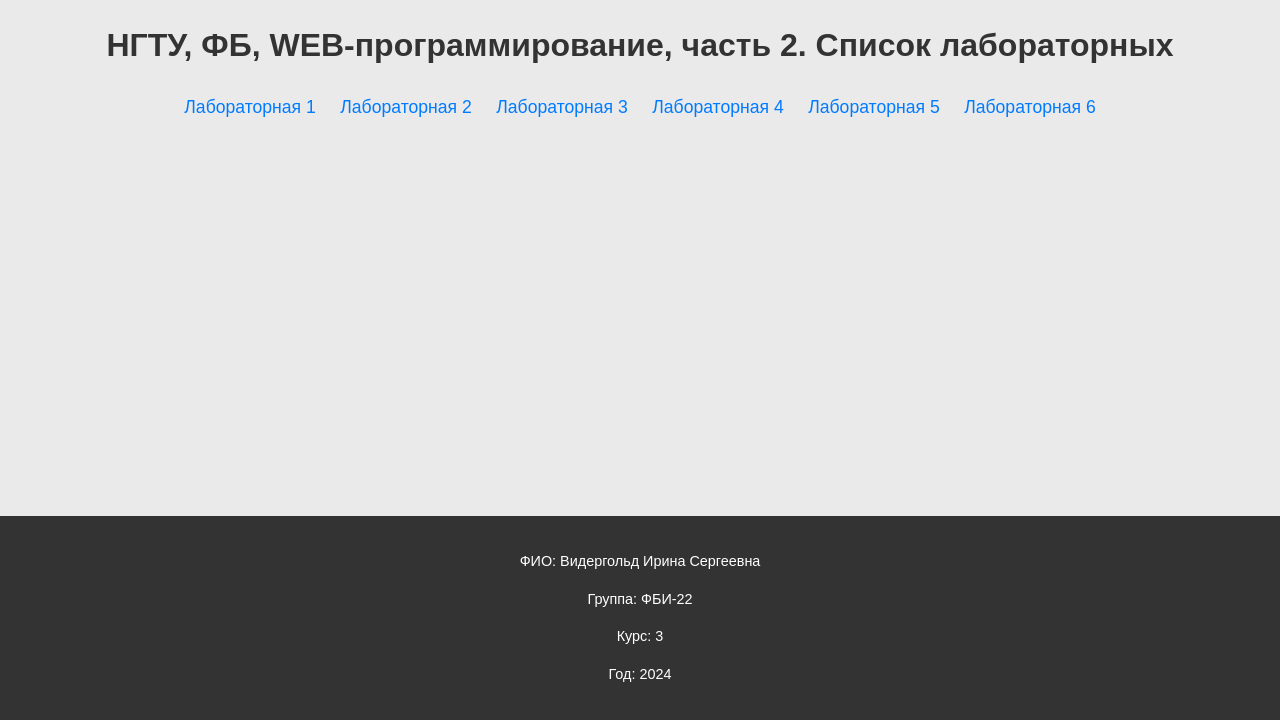
Repository: vidergooold/web-programming-labs_2-
Page: http://localhost/
The author's editor kept a copy of each file at every save. The page is drawn from the files as they stood at one save, then again after a run of saves.
The browser window is 1280 px wide. The pictures show the whole page.
The page is served by the project's application, run on Flask 3 (app.py). Other server files are loaded and not shown.

Above is the page before, as saved 2024-12-11 01:38:55.

### app.py
from flask import Flask, url_for
from dotenv import load_dotenv
import os
from lab1 import lab1
from lab2 import lab2
from lab3 import lab3
from lab4 import lab4
from lab5 import lab5
from lab6 import lab6

load_dotenv()

app = Flask(__name__)
# Чтение секретного ключа и типа базы данных из переменных окружения
app.config['SECRET_KEY'] = os.getenv('SECRET_KEY', 'секретно-секретный секрет')
app.config['DB_TYPE'] = os.getenv('DB_TYPE', 'sqlite')

app.register_blueprint(lab1, url_prefix='/lab1')
app.register_blueprint(lab2, url_prefix='/lab2')
app.register_blueprint(lab3, url_prefix='/lab3', name='lab3')
app.register_blueprint(lab4, url_prefix='/lab4')
app.register_blueprint(lab5, url_prefix='/lab5')
app.register_blueprint(lab6, url_prefix='/lab6')

# Глобальная переменная для отслеживания состояния ресурса
resource_created = False

@app.route("/")
@app.route("/index")
def index():
    css_path = url_for('static', filename='main.css')
    favicon_path = url_for('static', filename='favicon.ico')
    lab1_url = url_for('lab1.lab')
    lab2_url = url_for('lab2.lab_2')
    lab3_url = url_for('lab3.lab')
    lab4_url = url_for('lab4.lab')
    lab5_url = url_for('lab5.lab')
    lab6_url = url_for('lab6.lab')

    return f'''
<!doctype html>
<html>
    <head>
        <title>НГТУ, ФБ, Лабораторные работы</title>
        <link rel="stylesheet" type="text/css" href="{css_path}">
        <link rel="icon" href="{favicon_path}" type="image/x-icon">
    </head>
    <body>
        <div>
            <h1>НГТУ, ФБ, WEB-программирование, часть 2. Список лабораторных</h1>
            <nav>
                <ul>
                    <li><a href="{lab1_url}">Лабораторная 1</a></li>
                    <li><a href="{lab2_url}">Лабораторная 2</a></li>
                    <li><a href="{lab3_url}">Лабораторная 3</a></li>
                    <li><a href="{lab4_url}">Лабораторная 4</a></li>
                    <li><a href="{lab5_url}">Лабораторная 5</a></li>
                    <li><a href="{lab6_url}">Лабораторная 6</a></li>
                </ul>
            </nav>
        </div>
        <footer class="footer-home">
            <p>ФИО: Видергольд Ирина Сергеевна</p>
            <p>Группа: ФБИ-22</p>
            <p>Курс: 3</p>
            <p>Год: 2024</p>
        </footer>
    </body>
</html>
'''

# Обработчик для ошибки 404
@app.errorhandler(404)
def page_not_found(e):
    image_path = url_for('static', filename='/lab1/delulu.jpg')
    favicon_path = url_for('static', filename='favicon.ico')
    return f'''
<!doctype html>
<html>
    <head>
        <title>404 - Страница не найдена</title>
        <link rel="icon" href="{favicon_path}" type="image/x-icon">
        <style>
            body {{
                background-color: #f8f9fa;
                color: #333;
                font-family: Arial, sans-serif;
                text-align: center;
                padding: 50px;
            }}
            h1 {{
                font-size: 3em;
                margin-bottom: 20px;
                color: #ff6f61;
            }}
            p {{
                font-size: 1.2em;
                margin-bottom: 30px;
            }}
            img {{
                width: 300px;
                height: auto;
                margin-bottom: 30px;
            }}
            a {{
                text-decoration: none;
                color: #007bff;
                font-weight: bold;
            }}
            a:hover {{
                text-decoration: underline;
            }}
        </style>
    </head>
    <body>
        <h1>404 - Страница потерялась</h1>
        <p>Извините, но мы не можем найти нужную вам страницу.</p>
        <img src="{image_path}" alt="404 - Not Found">
        <p>Попробуйте вернуться на <a href="/">главную страницу</a> и продолжить навигацию оттуда.</p>
    </body>
</html>
''', 404

# Обработчик для ошибки 500
@app.errorhandler(500)
def internal_server_error(e):
    favicon_path = url_for('static', filename='favicon.ico')
    return f'''
<!doctype html>
<html>
    <head>
        <title>500 - Внутренняя ошибка сервера</title>
        <link rel="icon" href="{favicon_path}" type="image/x-icon">
    </head>
    <body>
        <h1>500 - Внутренняя ошибка сервера</h1>
        <p>На сервере произошла ошибка. Мы работаем над её исправлением.</p>
        <p>Пожалуйста, вернитесь на <a href="/">главную страницу</a> и попробуйте снова позже.</p>
    </body>
</html>
''', 500

### lab3.py
from flask import Blueprint, make_response, redirect, render_template, request

lab3 = Blueprint('lab3', __name__)

@lab3.route('/lab3/')
def lab():
    name = request.cookies.get('name')
    name_color = request.cookies.get('name_color')
    age = request.cookies.get('age')  # Добавляем получение возраста
    return render_template('lab3/lab3.html', name=name, name_color=name_color, age=age)

@lab3.route('/cookie')
def cookie():
    resp = make_response(redirect('/lab3/lab3'))
    resp.set_cookie('name', 'Alex', max_age=5)
    resp.set_cookie('age', '20')  # Устанавливаем возраст
    resp.set_cookie('name_color', 'magenta')
    return resp

@lab3.route('/del_cookie')
def del_cookie():
    resp = make_response(redirect('/lab3/lab3'))
    resp.delete_cookie('name')
    resp.delete_cookie('age')  # Удаляем возраст
    resp.delete_cookie('name_color')
    return resp

@lab3.route('/lab3/form1')
def form1():
    errors = {}
    user = request.args.get('user')
    if user == '':
        errors['user'] = 'Заполните поле!'

    age = request.args.get('age')
    if age == '':
        errors['age'] = 'Заполните поле!'

    age = request.args.get('age')
    sex = request.args.get('sex')
    return render_template('lab3/form1.html', user=user, age=age, sex=sex, errors=errors)

@lab3.route('/lab3/order')
def order():
    return render_template('lab3/order.html')

@lab3.route('/lab3/pay')
def pay():
    price = 0
    drink = request.args.get('drink')
    # Пусть кофе стоит 120 рублей, черный чай - 80, зеленый - 70 рублей
    if drink == 'coffee':
        price = 120
    elif drink == 'black-tea':
        price = 80
    else:
        price = 70

    # Добавка молока удоражает напиток на 30 рублей, а сахара - на 10
    if request.args.get('milk') == 'on':
        price += 30
    if request.args.get('sugar') == 'on':
        price += 10

    return render_template('lab3/pay.html', price=price)

@lab3.route('/lab3/success')
def success():
    # Получаем сумму из запроса (она была рассчитана на странице оплаты)
    price = request.args.get('price')
    return render_template('lab3/success.html', price=price)

@lab3.route('/lab3/settings', methods=['GET', 'POST'])
def settings():
    if request.method == 'POST':
        # Получаем выбранные настройки из формы
        color = request.form.get('color')
        background_color = request.form.get('background_color')
        font_size = request.form.get('font_size')
        font_style = request.form.get('font_style')

        # Устанавливаем куки с настройками и перенаправляем на эту же страницу
        resp = make_response(redirect('/lab3/lab3/settings'))
        if color:
            resp.set_cookie('color', color)
        if background_color:
            resp.set_cookie('background_color', background_color)
        if font_size:
            resp.set_cookie('font_size', font_size)
        if font_style:
            resp.set_cookie('font_style', font_style)
        return resp

    # Получаем настройки из куки, если они есть
    color = request.cookies.get('color')
    background_color = request.cookies.get('background_color')
    font_size = request.cookies.get('font_size')
    font_style = request.cookies.get('font_style')

    # Рендерим страницу с текущими настройками из куки
    return make_response(render_template('lab3/settings.html', color=color, background_color=background_color, font_size=font_size, font_style=font_style))

@lab3.route('/lab3/ticket_form', methods=['GET', 'POST'])
def ticket_form():
    if request.method == 'POST':
        fio = request.form.get('fio')
        shelf = request.form.get('shelf')
        bedding = 'bedding' in request.form
        baggage = 'baggage' in request.form
        age = int(request.form.get('age'))
        departure = request.form.get('departure')
        destination = request.form.get('destination')
        date = request.form.get('date')
        insurance = 'insurance' in request.form

        errors = {}

        if not fio:
            errors['fio'] = 'Заполните поле ФИО!'
        if not shelf:
            errors['shelf'] = 'Выберите полку!'
        if not departure:
            errors['departure'] = 'Заполните пункт выезда!'
        if not destination:
            errors['destination'] = 'Заполните пункт назначения!'
        if not date:
            errors['date'] = 'Выберите дату поездки!'
        if age < 1 or age > 120:
            errors['age'] = 'Возраст должен быть от 1 до 120 лет!'

        if errors:
            return render_template('lab3/ticket_form.html', errors=errors)

        # Расчет цены билета
        base_price = 700 if age < 18 else 1000
        if shelf in ['нижняя', 'нижняя боковая']:
            base_price += 100
        if bedding:
            base_price += 75
        if baggage:
            base_price += 250
        if insurance:
            base_price += 150

        return render_template('lab3/ticket.html', fio=fio, shelf=shelf, bedding=bedding, baggage=baggage, age=age, departure=departure, destination=destination, date=date, insurance=insurance, price=base_price)

    return render_template('lab3/ticket_form.html')

products = [
    {"name": "Смартфон Apple iPhone 13", "price": 79990, "brand": "Apple", "color": "синий"},
    {"name": "Смартфон Samsung Galaxy S21", "price": 64990, "brand": "Samsung", "color": "черный"},
    {"name": "Смартфон Xiaomi Mi 11", "price": 49990, "brand": "Xiaomi", "color": "белый"},
    {"name": "Смартфон Huawei P40 Pro", "price": 59990, "brand": "Huawei", "color": "серебристый"},
    {"name": "Смартфон OnePlus 9 Pro", "price": 69990, "brand": "OnePlus", "color": "зеленый"},
    {"name": "Смартфон Google Pixel 6", "price": 54990, "brand": "Google", "color": "серый"},
    {"name": "Смартфон Sony Xperia 1 III", "price": 89990, "brand": "Sony", "color": "черный"},
    {"name": "Смартфон Motorola Edge 20", "price": 39990, "brand": "Motorola", "color": "синий"},
    {"name": "Смартфон Oppo Reno 6", "price": 44990, "brand": "Oppo", "color": "золотой"},
    {"name": "Смартфон Vivo X60", "price": 47990, "brand": "Vivo", "color": "черный"},
    {"name": "Смартфон Realme GT", "price": 34990, "brand": "Realme", "color": "желтый"},
    {"name": "Смартфон Nokia 8.3", "price": 32990, "brand": "Nokia", "color": "синий"},
    {"name": "Смартфон LG Velvet", "price": 29990, "brand": "LG", "color": "белый"},
    {"name": "Смартфон Asus ROG Phone 5", "price": 59990, "brand": "Asus", "color": "черный"},
    {"name": "Смартфон ZTE Axon 30", "price": 37990, "brand": "ZTE", "color": "синий"},
    {"name": "Смартфон Lenovo Legion Duel 2", "price": 54990, "brand": "Lenovo", "color": "серый"},
    {"name": "Смартфон TCL 20 Pro 5G", "price": 42990, "brand": "TCL", "color": "синий"},
    {"name": "Смартфон Alcatel 3X", "price": 14990, "brand": "Alcatel", "color": "черный"},
    {"name": "Смартфон Honor 50", "price": 39990, "brand": "Honor", "color": "синий"},
    {"name": "Смартфон Tecno Camon 17", "price": 12990, "brand": "Tecno", "color": "синий"},
]

@lab3.route('/lab3/search_form', methods=['GET', 'POST'])
def search_form():
    if request.method == 'POST':
        min_price = float(request.form.get('min_price'))
        max_price = float(request.form.get('max_price'))

        filtered_products = [product for product in products if min_price <= product['price'] <= max_price]

        return render_template('lab3/search_results.html', products=filtered_products)

    return render_template('lab3/search_form.html')

@lab3.route('/lab3/clear_cookies')
def clear_cookies():
    resp = make_response(redirect('/lab3/lab3/settings'))
    resp.delete_cookie('color')
    resp.delete_cookie('background_color')
    resp.delete_cookie('font_size')
    resp.delete_cookie('font_style')
    return resp

### static/main.css
/* Общие стили для всего приложения */
body {
    font-family: 'Arial', sans-serif;
    background-color: #eaeaea;
    color: #333;
    line-height: 1.6;
    margin: 0;
    padding: 0;
    display: flex;
    flex-direction: column;
    min-height: 100vh; /* Задаем минимальную высоту для всего body */
}

/* Стили для header */
header {
    background-color: #3a7bd5;
    color: white;
    padding: 20px;
    text-align: center;
    font-size: 2.5em;
    font-weight: bold;
    text-transform: uppercase;
    letter-spacing: 2px;
}

/* Стили для main */
main {
    background-color: #ffffff;
    padding: 30px;
    margin: 20px auto;
    max-width: 800px;
    box-shadow: 0 8px 16px rgba(0, 0, 0, 0.1);
    border-radius: 8px;
    font-size: 1.2em;
    flex: 1; /* Главный контент занимает всю доступную высоту */
}

/* Стили для footer */
footer {
    background-color: #333;
    color: white;
    text-align: center;
    padding: 10px;  /* Увеличенный padding для более просторного футера */
    font-size: 0.9em;
    margin-top: 40px;
    width: 100%;
}

/* Стили для футера главной страницы */
.footer-home {
    position: fixed; /* Закрепляем футер внизу окна */
    bottom: 0;
    left: 0;
    right: 0;
    background-color: #333;
    color: white;
    text-align: center;
    padding: 20px;
    font-size: 0.9em;
    width: 100%;
    margin: 0; /* Убираем все отступы */
    box-sizing: border-box; /* Учитываем padding внутри ширины */
}

footer a {
    color: #4CAF50;
    text-decoration: none;
}

footer a:hover {
    text-decoration: underline;
}

/* Стили для заголовков и ссылок */
h1 {
    color: #2c3e50;
    text-align: center;
    margin-top: 20px;
}

a {
    color: #007bff;
    text-decoration: none;
    font-size: 1.1em;
}

a:hover {
    text-decoration: underline;
}

/* Стили для контейнера */
.container {
    max-width: 900px;
    margin: 0 auto;
    padding: 20px;
}

/* Стили для изображений */
img {
    width: 700px;
    height: auto;
    border-radius: 10px;
}

/* Стили для nav и списка */
nav ul {
    list-style: none;
    padding: 0;
    text-align: center;
}

nav ul li {
    display: inline-block;
    margin: 0 10px;
}

/* Дополнительные стили */
button {
    background-color: #007bff;
    color: white;
    border: none;
    padding: 10px 20px;
    cursor: pointer;
    font-size: 1.1em;
}

button:hover {
    background-color: #0056b3;
}

/* Стили для таблицы */
table {
    width: 100%;
    border-collapse: collapse;
    margin-bottom: 20px;
}

table, th, td {
    border: 1px solid #ccc;
}

th, td {
    padding: 10px;
    text-align: left;
}

th {
    background-color: #f2f2f2;
    font-weight: bold;
    font-size: 1.1em;
}

td {
    background-color: #fff;
    font-size: 1em;
}

h1 {
    text-align: center;
    font-size: 2em;
    margin-top: 20px;
    color: #333;
}

/* Стили для карточек ягод */
.berry-list {
    display: flex;
    justify-content: space-around; /* Распределение карточек с равными отступами */
    align-items: flex-start; /* Выравнивание карточек по верхнему краю */
    flex-wrap: wrap; /* Карточки могут переноситься на новую строку при необходимости */
    margin: 0 auto;
    padding: 20px;
    max-width: 1200px; /* Делаем контейнер шире для всех карточек */
}

.berry-item {
    width: 220px; /* Ширина карточки, чтобы все ягоды были примерно одинакового размера */
    background-color: white;
    padding: 20px;
    margin: 10px;
    text-align: center;
    border: 1px solid #ddd;
    border-radius: 8px;
    box-shadow: 0 4px 8px rgba(0, 0, 0, 0.1);
    transition: transform 0.3s ease;
}

.berry-item img {
    width: 120px; /* Увеличиваем размер изображения для большей четкости */
    height: auto;
    margin-bottom: 15px;
}

.berry-item h3 {
    margin: 10px 0 5px;
    font-size: 18px;
    color: #333;
}

.berry-item p {
    font-size: 14px;
    color: #666;
}

.berry-item:hover {
    transform: translateY(-10px); /* Эффект при наведении */
}

.error {
    color: red;
    font-weight: bold;
    font-size: 0.9em;
    margin-left: 10px;
}

### rgz.py
from flask import Blueprint, render_template, request, redirect, url_for, flash, session
import sqlite3
from functools import wraps
import logging

logging.basicConfig(level=logging.DEBUG)

rgz = Blueprint('rgz', __name__, template_folder='templates', static_folder='static')

DATABASE = 'books.db'

def get_db_connection():
    conn = sqlite3.connect(DATABASE)
    conn.row_factory = sqlite3.Row
    return conn

def is_admin():
    return session.get('is_admin', False)

def admin_required(f):
    @wraps(f)
    def decorated_function(*args, **kwargs):
        if not is_admin():
            flash('Требуется авторизация администратора!')
            return redirect(url_for('rgz.admin_login'))
        return f(*args, **kwargs)
    return decorated_function

@rgz.route('/')
def books_list():
    conn = get_db_connection()

    filters = []
    if not session.get('is_admin'):  # Для обычных пользователей
        filters.append("is_deleted = 0")

    title = request.args.get('title')
    author = request.args.get('author')
    min_pages = request.args.get('min_pages')
    max_pages = request.args.get('max_pages')

    if title:
        filters.append(f"title LIKE '%{title}%'")
    if author:
        filters.append(f"author LIKE '%{author}%'")
    if min_pages:
        filters.append(f"pages >= {min_pages}")
    if max_pages:
        filters.append(f"pages <= {max_pages}")

    total_books_query = "SELECT COUNT(*) as count FROM books"
    if filters:
        total_books_query += " WHERE " + " AND ".join(filters)

    total_books = conn.execute(total_books_query).fetchone()['count']

    page = int(request.args.get('page', 1))
    books_per_page = 20
    total_pages = (total_books + books_per_page - 1) // books_per_page
    offset = (page - 1) * books_per_page

    query = "SELECT * FROM books"
    if filters:
        query += " WHERE " + " AND ".join(filters)
    sort_by = request.args.get('sort_by', 'title')
    query += f" ORDER BY {sort_by} LIMIT {books_per_page} OFFSET {offset}"

    books = conn.execute(query).fetchall()
    conn.close()

    return render_template(
        'rgz/books_list.html',
        books=books,
        page=page,
        total_pages=total_pages,
        filters=request.args
    )

@rgz.route('/add', methods=['GET', 'POST'])
@admin_required
def add_book():
    if request.method == 'POST':
        title = request.form['title']
        author = request.form['author']
        pages = request.form['pages']
        publisher = request.form['publisher']
        cover = request.form['cover']  # Получаем путь к обложке

        if not title or not author or not pages or not publisher or not cover:
            flash('Все поля обязательны для заполнения!')
            return redirect(url_for('rgz.add_book'))

        try:
            pages = int(pages)
        except ValueError:
            flash('Количество страниц должно быть числом!')
            return redirect(url_for('rgz.add_book'))

        conn = get_db_connection()
        conn.execute('INSERT INTO books (title, author, pages, publisher, cover) VALUES (?, ?, ?, ?, ?)',
                     (title, author, pages, publisher, cover))
        conn.commit()
        conn.close()

        flash('Книга успешно добавлена!')
        return redirect(url_for('rgz.books_list'))

    return render_template('rgz/add_book.html')

@rgz.route('/edit/<int:book_id>', methods=['GET', 'POST'])
@admin_required
def edit_book(book_id):
    conn = get_db_connection()
    book = conn.execute('SELECT * FROM books WHERE id = ?', (book_id,)).fetchone()

    if not book:
        flash('Книга не найдена.')
        return redirect(url_for('rgz.books_list'))

    if request.method == 'POST':
        title = request.form['title']
        author = request.form['author']
        pages = request.form['pages']
        publisher = request.form['publisher']
        cover = request.form['cover']

        if not title or not author or not pages or not publisher or not cover:
            flash('Все поля обязательны для заполнения!')
            return redirect(url_for('rgz.edit_book', book_id=book_id))

        try:
            pages = int(pages)
        except ValueError:
            flash('Количество страниц должно быть числом!')
            return redirect(url_for('rgz.edit_book', book_id=book_id))

        conn.execute('UPDATE books SET title = ?, author = ?, pages = ?, publisher = ?, cover = ? WHERE id = ?',
                     (title, author, pages, publisher, cover, book_id))
        conn.commit()
        conn.close()

        flash('Книга успешно обновлена!')
        return redirect(url_for('rgz.books_list'))

    conn.close()
    return render_template('rgz/edit_book.html', book=book)

@rgz.route('/delete/<int:book_id>', methods=['POST'])
@admin_required
def delete_book(book_id):
    conn = get_db_connection()
    conn.execute('UPDATE books SET is_deleted = 1 WHERE id = ?', (book_id,))
    conn.commit()
    conn.close()
    flash('Книга успешно помечена как удалённая!')
    return redirect(url_for('rgz.books_list'))

@rgz.route('/admin-login', methods=['GET', 'POST'])
def admin_login():
    if request.method == 'POST':
        username = request.form['username']
        password = request.form['password']

        # Логин и пароль администратора
        if username == 'admin' and password == 'admin123':
            session['is_admin'] = True
            flash('Вы успешно вошли как администратор!')
            return redirect(url_for('rgz.books_list'))
        else:
            flash('Неверный логин или пароль!')
    return render_template('rgz/admin_login.html')

@rgz.route('/admin-logout')
def admin_logout():
    conn = get_db_connection()
    conn.execute('UPDATE books SET is_deleted = 0 WHERE is_deleted = 1')
    conn.commit()
    conn.close()

    session.pop('is_admin', None)
    flash('Вы вышли из учётной записи администратора. Удалённые книги восстановлены.')
    return redirect(url_for('rgz.books_list'))

@rgz.route('/book/<int:book_id>')
def book_details(book_id):
    conn = get_db_connection()
    book = conn.execute('SELECT * FROM books WHERE id = ?', (book_id,)).fetchone()
    conn.close()
    if book is None:
        flash('Книга не найдена.')
        return redirect(url_for('rgz.books_list'))
    return render_template('rgz/book_details.html', book=book)

Loaded but not shown: lab4.py (283 lines, source omitted); lab2.py (295 lines, source omitted)

After the next 3 saves:
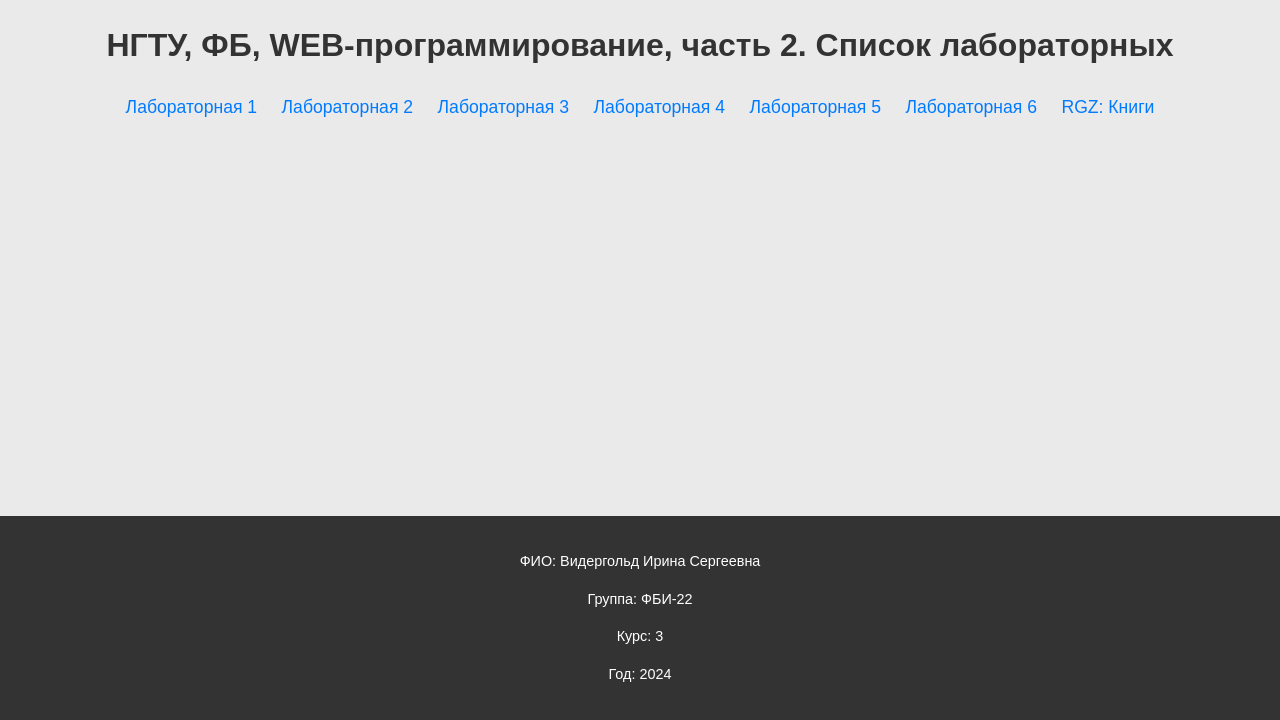
The 3 saves are shown as one change because they came seconds apart.
The last was saved 42 s later.
--- a/app.py
+++ b/app.py
@@ -7,6 +7,8 @@ from lab3 import lab3
 from lab4 import lab4
 from lab5 import lab5
 from lab6 import lab6
+from lab7 import lab7
+from rgz import rgz
 
 load_dotenv()
 
@@ -21,6 +23,7 @@ app.register_blueprint(lab3, url_prefix='/lab3', name='lab3')
 app.register_blueprint(lab4, url_prefix='/lab4')
 app.register_blueprint(lab5, url_prefix='/lab5')
 app.register_blueprint(lab6, url_prefix='/lab6')
+app.register_blueprint(rgz, url_prefix='/rgz')
 
 # Глобальная переменная для отслеживания состояния ресурса
 resource_created = False
@@ -36,6 +39,7 @@ def index():
     lab4_url = url_for('lab4.lab')
     lab5_url = url_for('lab5.lab')
     lab6_url = url_for('lab6.lab')
+    rgz_url = url_for('rgz.books_list')
 
     return f'''
 <!doctype html>
@@ -56,6 +60,7 @@ def index():
                     <li><a href="{lab4_url}">Лабораторная 4</a></li>
                     <li><a href="{lab5_url}">Лабораторная 5</a></li>
                     <li><a href="{lab6_url}">Лабораторная 6</a></li>
+                    <li><a href="{rgz_url}">RGZ: Книги</a></li>
                 </ul>
             </nav>
         </div>
